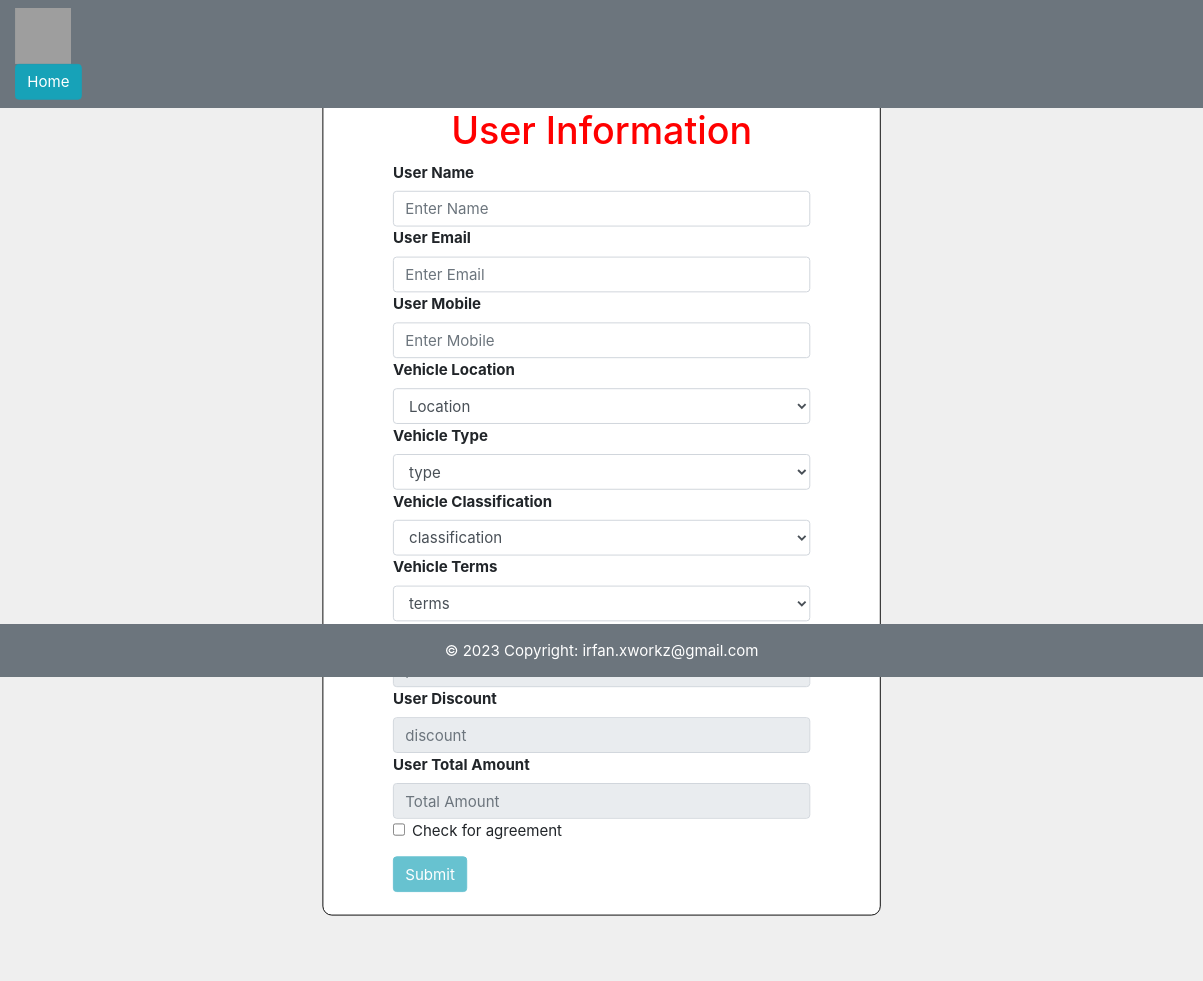
Repository: irfanxworkz/Project
Page: http://localhost/parking/UserInfo.jsp
An editor plug-in stored every save of this project. The page is shown before and after the next save, followed by the edit.
The browser window is 1280 px wide. The pictures show the whole page, at 94% of full size.
Pictures or frames that could not be fetched are drawn as grey boxes. The page is served by Tomcat 9.

Above is the page before, as saved 2023-07-09 22:11:16.
Console error: SyntaxError: Unexpected token 'else'

After the next save:
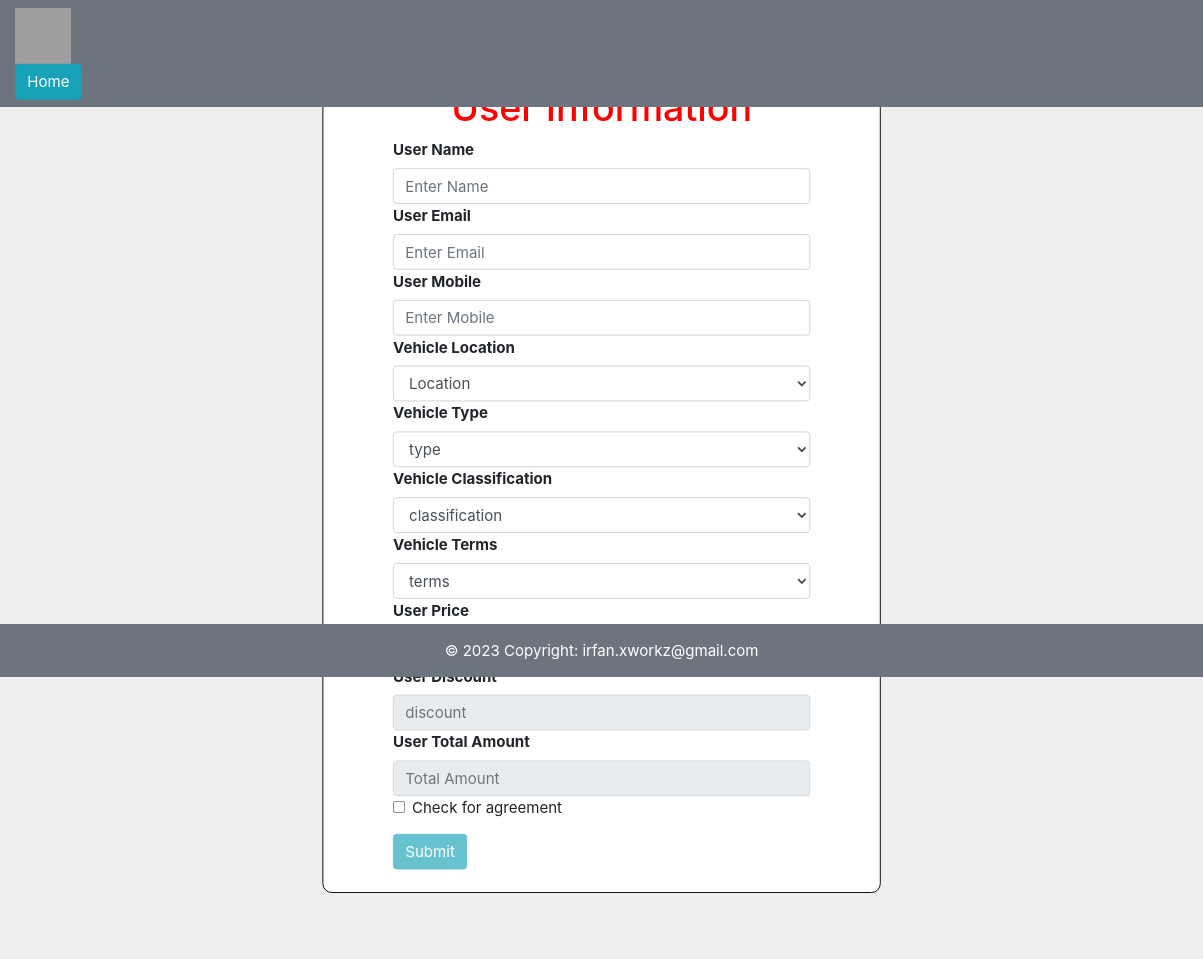
Saved 26 s later.
--- a/parking/src/main/webapp/UserInfo.jsp
+++ b/parking/src/main/webapp/UserInfo.jsp
@@ -94,8 +94,8 @@
 	<form action="user" method="post" onsubmit="return validateFields()" style="background-color: white; margin-top: 10px;margin-bottom: 10px; margin-left: 200px; margin-right: 200px; border: 1px solid black; border-radius: 10px;">
 
 		<span style="color: green;">${usermsg }</span>
-		<span style="color: red;">${error }</span>
-	 	<span style="color: red;" id="display"></span><a id="here" href="UserLogin.jsp"> Login </a>
+		<span style="color: ;">${error }</span>
+	 	<span style="color: red;" id="display"></span><a id="here" href="UserLogin.jsp"></a>
 		<h1 style="color: red; text-align: center;" >User Information</h1>
 		<div class="container">
 			<label for="name"><b>User Name</b></label>
